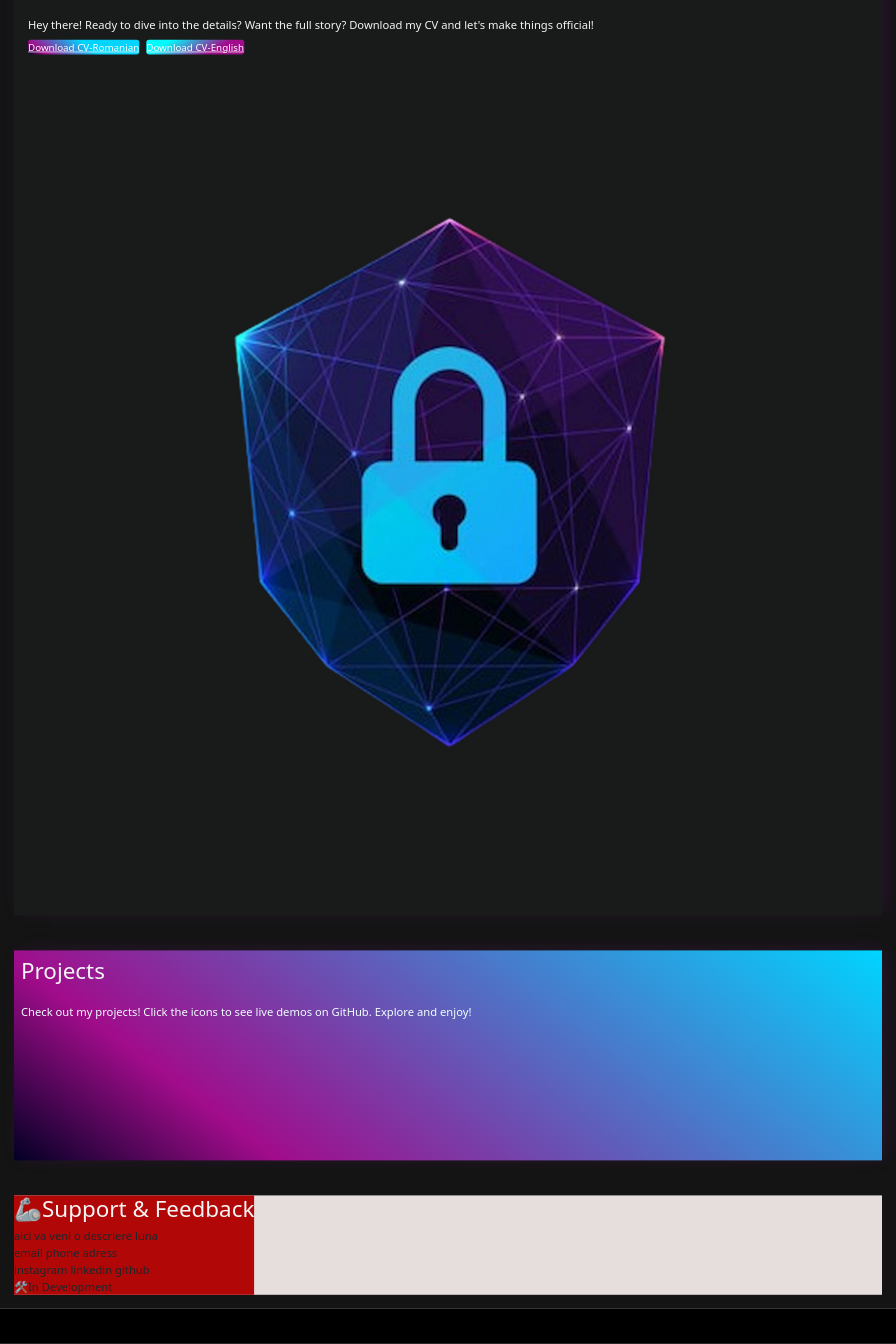
Repository: Sebastiand22/portfolio
Page: index.html
An editor plug-in stored every save of this project. The page is shown before and after the next save, followed by the edit.
The browser window is 1280 px wide. The pictures show the part of the page from y = 1864 to 3784 px (the page is 3784 px tall), at 70% of full size.

Above is the page before, as saved 2024-09-15 17:40:36.

### index.html
<!DOCTYPE html>
<html lang="en">
  <head>
    <meta charset="UTF-8" />
    <meta name="viewport" content="width=device-width, initial-scale=1.0" />
    <meta
      name="description"
      content="Sebastian Dunduc - Frontend Developer portfolio showcasing projects, resume, and contact information."
    />
    <title>Portfolio - Sebastian Dunduc</title>

    <link
      href="https://cdn.jsdelivr.net/npm/bootstrap@5.3.0-alpha1/dist/css/bootstrap.min.css"
      rel="stylesheet"
    />
    <link rel="preconnect" href="https://fonts.googleapis.com" />
    <link rel="preconnect" href="https://fonts.gstatic.com" crossorigin />
    <link
      href="https://fonts.googleapis.com/css?family=Roboto:300,400,400i,500,500i,700,900&amp;display=swap"
      rel="stylesheet"
    />
    <link rel="stylesheet" href="index.css" />
  </head>
  <body>
    <section class="big-container">
      <div class="nav-bar navbar navbar-expand-lg">
        <h2 class="name">Sebastian</h2>

        <!-- Toggle button -->
        <button
          class="navbar-toggler"
          type="button"
          data-bs-toggle="collapse"
          data-bs-target="#navbarContent"
          aria-controls="navbarContent"
          aria-expanded="false"
          aria-label="Toggle navigation"
        >
          <svg
            class="navbar-toggler-svg"
            width="24"
            height="24"
            viewBox="0 0 24 24"
            fill="none"
            xmlns="http://www.w3.org/2000/svg"
          >
            <rect x="3" y="6" width="18" height="2" fill="grey" />
            <rect x="3" y="11" width="18" height="2" fill="grey" />
            <rect x="3" y="16" width="18" height="2" fill="grey" />
          </svg>
        </button>

        <!-- Navbar content -->
        <nav class="collapse navbar-collapse" id="navbarContent">
          <ul class="navbar-list navbar-nav ms-auto">
            <li class="nav-item"><a href="#home" class="nav-link">Home</a></li>
            <li class="nav-item">
              <a href="#about" class="nav-link">About me</a>
            </li>
            <li class="nav-item">
              <a href="#resume" class="nav-link">Resume</a>
            </li>
            <li class="nav-item">
              <a href="#project" class="nav-link">Projects</a>
            </li>
            <li class="nav-item">
              <a href="#contact" class="nav-link">Contact</a>
            </li>
          </ul>
        </nav>
      </div>
      <!-- HEADER SECTION -->
      <section class="header-container" id="home">
        <div class="header-section">
          <span class="header-name">I am Sebastian Dunduc</span>
          <h2 class="job-position">Frontend Developer</h2>

          <div class="wrap">
            <a href="#contact">
              <button class="button">
                <span>Contact Me</span>
              </button>
            </a>
          </div>
        </div>
        <picture class="anime">
          <source
            media="(min-width:1280px)"
            srcset="images/me-laptop-1x.webp 1x, images/me-laptop-2x.webp 2x"
          />
          <source
            media="(min-width:768px)"
            srcset="images/me-tablet-1x.webp 1x, images/me-tablet-2x.webp 2x"
          />
          <source
            media="(min-width:320px)"
            srcset="images/me-mobile1x.webp 1x, images/me-mobilee-2x.webp 2x"
          />
          <img class="me-photo" src="images/" alt="Sebastian Dunduc" />
        </picture>
      </section>

      <section class="about-container" id="about">
        <div class="about-section">
          <h2>About me</h2>
          <span class="about-description"
            >I'm passionate about frontend development and constantly pushing
            myself to improve, learning new things every step of the way. When
            I’m not coding, you’ll find me at a party, balancing pixels by day
            and beats by night!</span
          >
          <picture class="pixel-picture">
            <source
              media="(min-width:1280px)"
              srcset="
                images/pixel1x-laptop.webp 1x,
                images/pixel2x-laptop.webp 2x
              "
            />
            <source
              media="(min-width:768px)"
              srcset="
                images/pixel1x-tablet.webp 1x,
                images/pixel2x-tablet.webp 2x
              "
            />
            <source
              media="(min-width:320px)"
              srcset="
                images/pixel1x-mobile.webp 1x,
                images/pixel2x-laptop.webp 2x
              "
            />
            <img
              class="pixel"
              src="images/pixel1x-tablet.webp"
              alt="Sebastian Dunduc"
            />
          </picture>
        </div>
      </section>
      <!-- RESUME SECTION -->
      <section class="resume-container" id="resume">
        <div class="resume-section">
          <h2>Resume</h2>
          <span class="resume-description">
            Hey there! Ready to dive into the details? Want the full story?
            Download my CV and let's make things official!</span
          >

          <div class="button-link">
            <a
              href="./files/Sebastian Dunduc Resume Romana.pdf"
              download="CV-Romanian"
              class="download-button-1"
              >Download CV-Romanian</a
            >
            <a
              href="./files/Sebastian Dunduc-Resume English.pdf"
              download="CV-English"
              class="download-button-2"
              >Download CV-English</a
            >
          </div>

          <picture class="lock-picture">
            <source
              media="(min-width:1280px)"
              srcset="
                images/lock-laptop1x.webp 1x,
                images/lock-laptop2x.webp 2x
              "
            />
            <source
              media="(min-width:768px)"
              srcset="
                images/lock-tablet1x.webp 1x,
                images/lock-tablet2x.webp 2x
              "
            />
            <source
              media="(min-width:320px)"
              srcset="
                images/lock-mobile1x.webp 1x,
                images/lock-mobile2x.webp 2x
              "
            />
            <img
              class="pixel"
              src="images/lock-tablet1x.webp"
              alt="Sebastian Dunduc"
            />
          </picture>
        </div>
      </section>
      <!-- PROJECT SECTION -->
      <section class="project-container" id="project">
        <div class="background-project">
          <div class="project-section">
            <h2>Projects</h2>
            <span class="project-description"
              >Check out my projects! Click the icons to see live demos on
              GitHub. Explore and enjoy!</span
            >
          </div>
        </div>
      </section>
      <!-- FOOTER SECTION -->
      <section class="footer-container" id="contact">
        <div class="footer-section">
          <div class="support-feedback">
            <h2>🦾Support & Feedback</h2>
            <span class="support-description"
              >aici va veni o descriere luna
            </span>

            <div class="contact-details">email phone adress</div>

            <div class="social-details">instagram linkedin github</div>
            <div class="development">🛠In Development</div>
          </div>


      </section>
    </section>
    <div class="black-footer"> </div>
    <script src="https://cdn.jsdelivr.net/npm/bootstrap@5.3.0-alpha1/dist/js/bootstrap.bundle.min.js"></script>
  </body>
</html>

### index.css
:root {
  --font-title: "Playfair Display SC", serif;
  --size-title: 30px;
  --font-text: "Roboto Serif", serif;
}
body {
  margin: 0;
  padding: 0;
  box-sizing: border-box;
  width: 100%;
  height: 100%;
}

li {
  list-style-type: none;
}

.big-container {
  display: flex;
  flex-direction: column;
  background-color: rgb(20, 20, 20);
  min-height: 100vh;
  padding: 20px;
  max-width: 100%;
  overflow: hidden;
  gap: 50px;
}

.name {
  font-family: "Roboto", sans-serif;
  font-style: normal;
  font-size: 30px;
  background: linear-gradient(
    37deg,
    rgba(2, 0, 36, 1) 0%,
    rgba(161, 12, 139, 1) 23%,
    rgba(0, 212, 255, 1) 100%
  );
  font-weight: 900;
  text-align: center;
  -webkit-background-clip: text;
  -webkit-text-fill-color: transparent;
}
.name {
  margin-left: 20px;
  margin-top: 8px;
}

.navbar-toggler {
  border: none;
}

.navbar-toggler:focus,
.navbar-toggler:active {
  box-shadow: none; /* Elimină orice umbră de focus */
}
.nav-bar {
  display: flex;
  width: 100%;
  overflow: hidden;
  background-color: #191a1a;
  border-radius: 4px;
}
.navbar-list li {
  display: inline;
  margin-left: 20px;
}

.nav-link {
  color: white;
  transition: color 0.15s ease-in-out, background-color 0.15s ease-in-out,
    border-color 0.15s ease-in-out;
}

.nav-link:hover {
  color: rgb(75, 78, 78);
}

/* HEADER SECTION  */
.header-container {
  background-color: #191a1a;
  height: auto;
  overflow: hidden;
  padding: 20px;
  border-radius: 4px;
}

.header-section {
  display: flex;
  flex-direction: column;
  align-items: center;
}
.header-name {
  font-family: "Roboto", sans-serif;
  font-size: 20px;
  color: rgb(184, 180, 180);
  text-align: center;
}

.job-position {
  font-family: "Roboto", sans-serif;
  font-style: normal;
  font-size: 30px;
  font-weight: 900;
  text-align: center;
  background: radial-gradient(
    circle farthest-side at left center,
    #4e4f51 0%,
    #c9d6d0 100%
  );
  -webkit-background-clip: text;
  -webkit-text-fill-color: transparent;
}

.anime {
  display: block;
  width: 100%;
  height: auto; /* Asigură păstrarea proporțiilor */
  max-width: 100%;

  /* Asigură că imaginea nu depășește lățimea containerului */
}
.anime img {
  margin-top: 20px;
  max-width: 100%;
  height: auto;
  display: none;

  /* Asigură păstrarea proporțiilor */
}

.wrap {
  height: auto;
  display: flex;
  align-items: center;
  justify-content: center;
}
.button {
  position: relative; /* Necesare pentru poziționarea absolută a ::before */
  padding: 10px 20px;
  font-size: 16px;
  color: #fff;
  background: linear-gradient(
    37deg,
    rgba(2, 0, 36, 1) 0%,
    rgba(161, 12, 139, 1) 23%,
    rgba(0, 212, 255, 1) 100%
  );
  border: none;
  border-radius: 4px;
  cursor: pointer;

  overflow: hidden; /* Asigură că ::before nu depășește butonul */
  text-align: center; /* Asigură alinierea textului */
  transition: transform 0.3s ease, box-shadow 0.3s ease, background 0.3s ease;
}

/* Ascunde textul butonului */

.button::before {
  content: "Contact Me";
  position: absolute;
  top: 50%;
  left: 50%;
  transform: translate(-50%, -50%);
  font-size: 16px;
  color: #fff;
  white-space: nowrap;
  transition: opacity 0.1s ease, transform 0.1s ease;
  z-index: 1; /* Asigură că textul este deasupra altor elemente */
}

/* Stiluri pentru hover - schimbarea textului */
.button:hover::before {
  content: "0762 311 886";
  opacity: 1; /* Asigură că textul este vizibil */
  transform: translate(-50%, -50%) rotateX(0deg);
  color: #000000;
}

/* Ascunde textul butonului original la hover */
.button:hover span {
  opacity: 0;
}

/* ABOUT ME SECTION */

.about-container {
  display: flex;
  justify-content: flex-start;
  background-color: #191a1a;
  height: auto;
  overflow: hidden;
  padding: 20px;
  box-shadow: 6px -2px 25px -6px rgba(136, 24, 161, 0.26);
}

.about-section {
  display: flex;
  flex-direction: column;
  gap: 20px;
  overflow: hidden;
}
.pixel-picture {
  display: block;
  width: 100%;
  height: auto; /* Asigură păstrarea proporțiilor */
  max-width: 100%;
}

/* Asigură că imaginea nu depășește lățimea containeului */

.pixel-picture img {
  margin-top: 20px;
  max-width: 100%;
  height: auto;
}

.about-description {
  background-image: url(https://media1.giphy.com/media/v1.Y2lkPTc5MGI3NjExc2Z3Ymp4NWdmbnRwZmdrdzZ4anRvaDQ3NXBjdzNlc25xc3M3aWdtMyZlcD12MV9pbnRlcm5hbF9naWZfYnlfaWQmY3Q9Zw/xGrjBxxEBvWTBtkAk4/giphy.webp);
  background-size: cover;
  color: transparent;
  -moz-background-clip: text;
  -webkit-background-clip: text;
  text-transform: uppercase;
  margin: 10px 0;
}
h2 {
  color: whitesmoke;
}

/* RESUME SECTION */

.download-button-1 {
  position: relative; /* Necesare pentru poziționarea absolută a ::before */
  font-size: 14px;
  color: #fff;
  background: rgb(2, 0, 36);
  background: linear-gradient(
    37deg,
    rgba(2, 0, 36, 1) 0%,
    rgba(161, 12, 139, 1) 14%,
    rgba(0, 212, 255, 1) 54%
  );
  border: none;
  border-radius: 4px;
  cursor: pointer;
  overflow: hidden; /* Asigură că ::before nu depășește butonul */
  text-align: center; /* Asigură alinierea textului */
}
.download-button-2 {
  font-size: 14px;
  color: #fff;
  overflow: hidden;
  background: rgb(161, 12, 139);
  background: linear-gradient(
    329deg,
    rgba(161, 12, 139, 1) 30%,
    rgba(0, 254, 255, 0.9865196078431373) 79%
  );
  border: none;
  border-radius: 4px;
  cursor: pointer;
  overflow: hidden; /* Asigură că ::before nu depășește butonul */
  text-align: center; /* Asigură alinierea textului */
}
.button-link {
  display: flex;
  gap: 10px;
}

.download-button-2:hover {
  color: rgb(11, 11, 11);
}

.resume-container {
  display: flex;
  justify-content: flex-start;
  background-color: #191a1a;
  height: auto;
  overflow: hidden;
  padding: 20px;
  box-shadow: 6px -2px 25px -6px rgba(136, 24, 161, 0.26);
}

.resume-section {
  display: flex;
  flex-direction: column;
  overflow: hidden;
  gap: 10px;
}
.lock-picture {
  display: block;
  width: 100%;
  height: auto; /* Asigură păstrarea proporțiilor */
  max-width: 100%;
  align-items: center;
}

/* Asigură că imaginea nu depășește lățimea containeului */

.lock-picture img {
  max-width: 100%;
  height: auto;
}
.resume-description {
  color: whitesmoke;
}

/* PROJECT SECTION */

.project-container {
  display: flex;
  justify-content: flex-start;
  background-color: #191a1a;
  height: auto;
  overflow: hidden;
  padding: 10px;
  box-shadow: inset;
  background: rgb(2, 0, 36);
  background: linear-gradient(
    37deg,
    rgba(2, 0, 36, 1) 0%,
    rgba(161, 12, 139, 1) 23%,
    rgba(0, 212, 255, 1) 100%
  );
  width: 100%;
  height: 300px;
  box-shadow: 6px -2px 25px -6px rgba(136, 24, 161, 0.26);
}

.project-section {
  display: flex;
  flex-direction: column;
  gap: 20px;
}

.project-description {
  color: azure;
}

/* CONTACT SECTION */

.footer-container {
  display: flex;
  justify-content: flex-start;
  background-color: rgb(230, 221, 221)

}

.footer-section {
  display: flex;
  flex-direction: column;
  gap: 20px;
  overflow: hidden;
  background-color:rgb(178, 7, 7)
}
.black-footer{background-color: black;
width: 100%;
height:50px;}

After the next save:
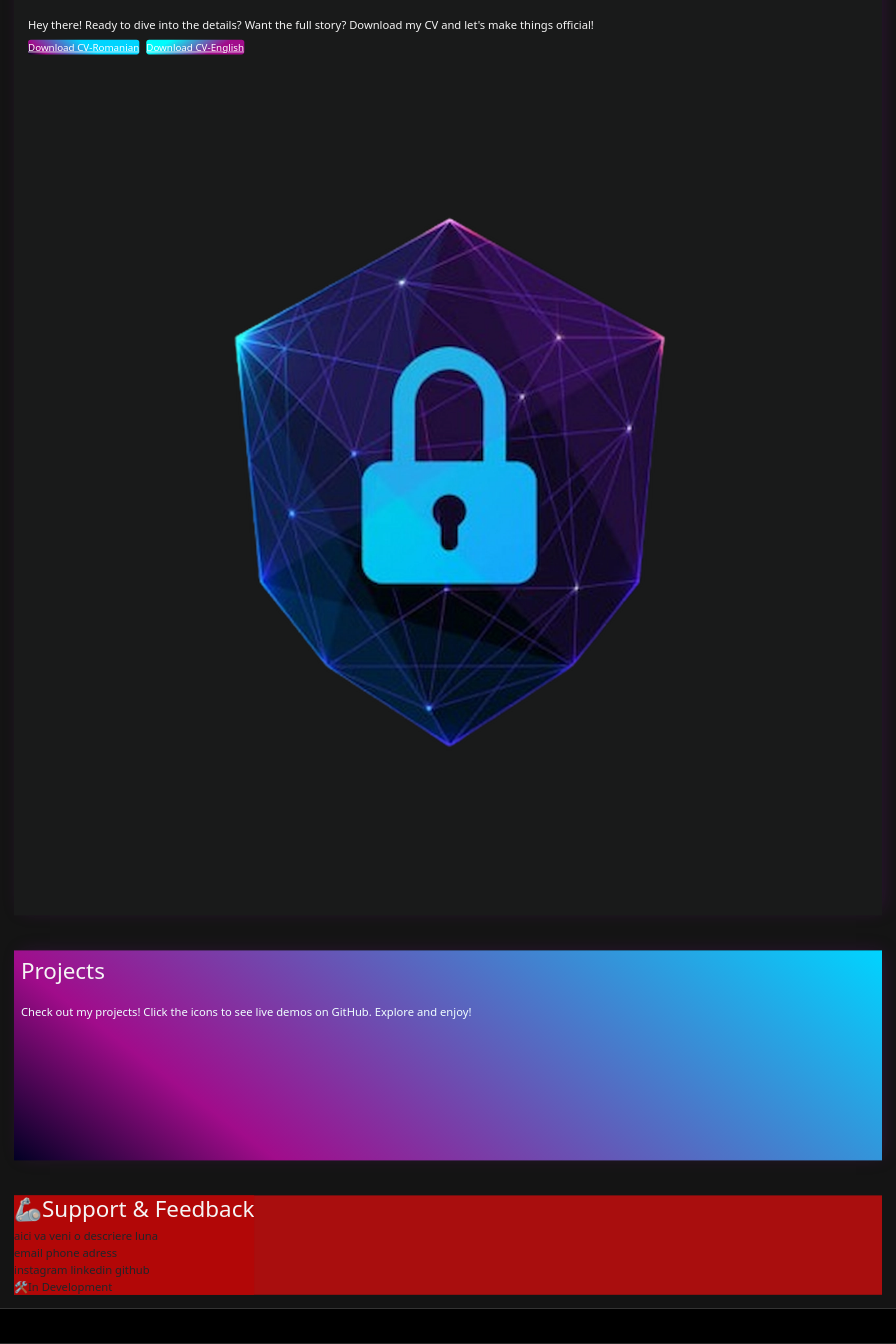
Saved 7 s later.
--- a/index.css
+++ b/index.css
@@ -344,7 +344,7 @@ h2 {
 .footer-container {
   display: flex;
   justify-content: flex-start;
-  background-color: rgb(230, 221, 221)
+  background-color: rgb(169, 14, 14)
 
 }
 
